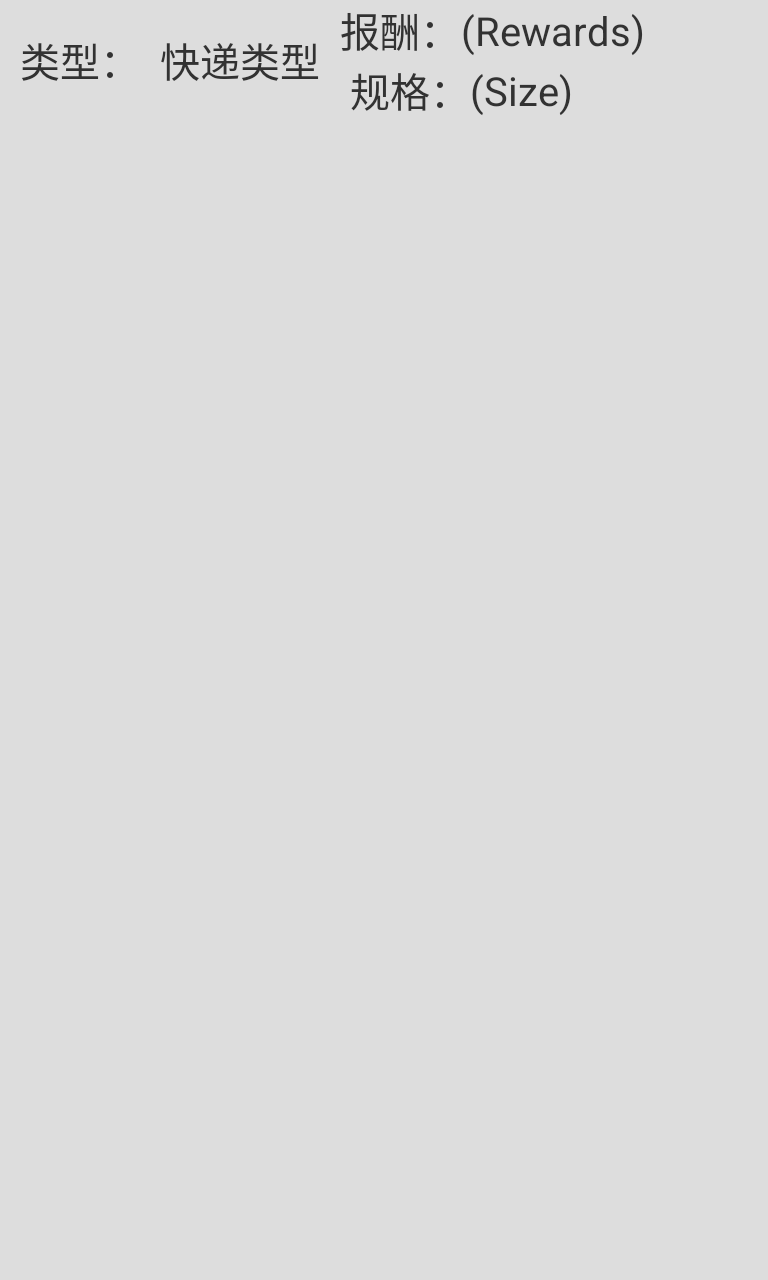
Repository: fariashen/campus-express
Layout: easyCourier/res/layout/item_request.xml
The author's editor kept a copy of each file at every save. The layout is drawn from the files as they stood at one save, then again after the next save.
It is drawn on a 768 x 1280 px phone screen (xhdpi) without system bars, with theme AppTheme; the app's code is not run. The app's manifest (not shown) leaves right-to-left support off. So textAlignment, textDirection and layoutDirection are ignored, and left and right values win over start and end ones.

Above is the layout before, as saved 2016-04-25 06:47:22.

After the next save:
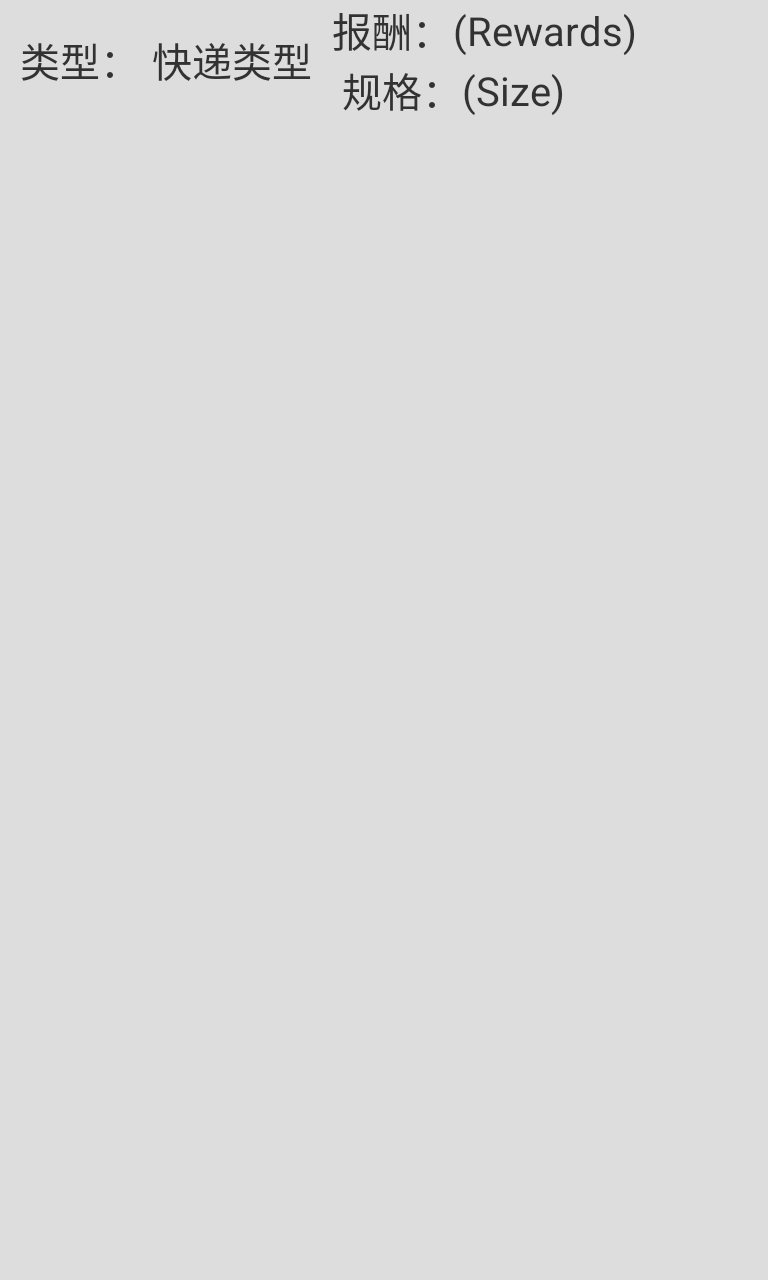
Saved 16 s later.
--- a/easyCourier/res/layout/item_request.xml
+++ b/easyCourier/res/layout/item_request.xml
@@ -22,7 +22,7 @@
         android:layout_width="wrap_content"
         android:layout_height="wrap_content"
         android:layout_marginTop="15dp"
-        android:layout_marginLeft="10dp"
+        android:layout_marginLeft="6dp"
         android:layout_toEndOf="@id/tv_tip_itemKinds"
         android:text="快递类型"
         android:textSize="20sp" />
